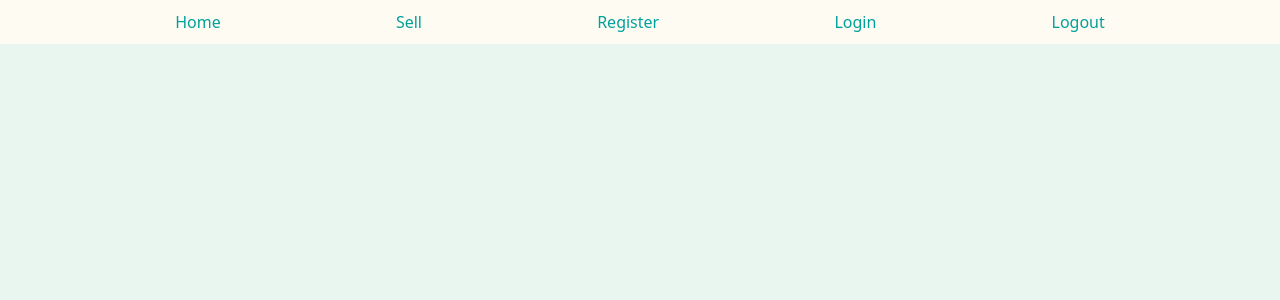
Repository: RiteshK555/itw-project
Page: http://localhost/
These files come from the project's save history. The page is drawn as it stood at one moment and after the next save; the edit follows.
The browser window is 1280 px wide. The pictures show the whole page.
The page is served by the project's application, run on Django 3.2 (student_olx/manage.py).

Above is the page before, as saved 2021-09-19 14:25:24.

After the next save:
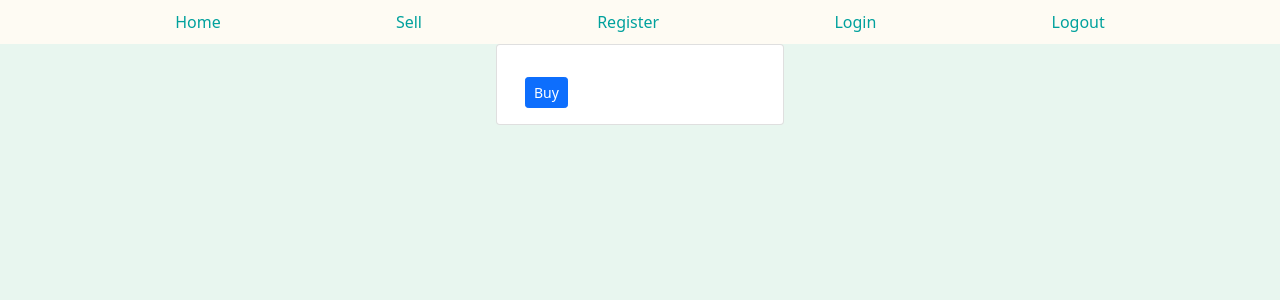
Saved 21 s later.
--- a/student_olx/main/templates/main/home.html
+++ b/student_olx/main/templates/main/home.html
@@ -9,7 +9,13 @@
 {%block content %}
 <div id="itemz">
 <div class="row">
-
+<div class="card" style="width: 18rem;">
+  <div class="card-body">
+    <h5 class="card-title">{{product.product_name}}</h5>
+    <p class="card-text">{{product.description}}</p>
+    <a href="#" class="btn btn-sm btn-primary">Buy</a>
+  </div>
+</div>
 </div>
 {% comment %} {%for product in  products%}
 
